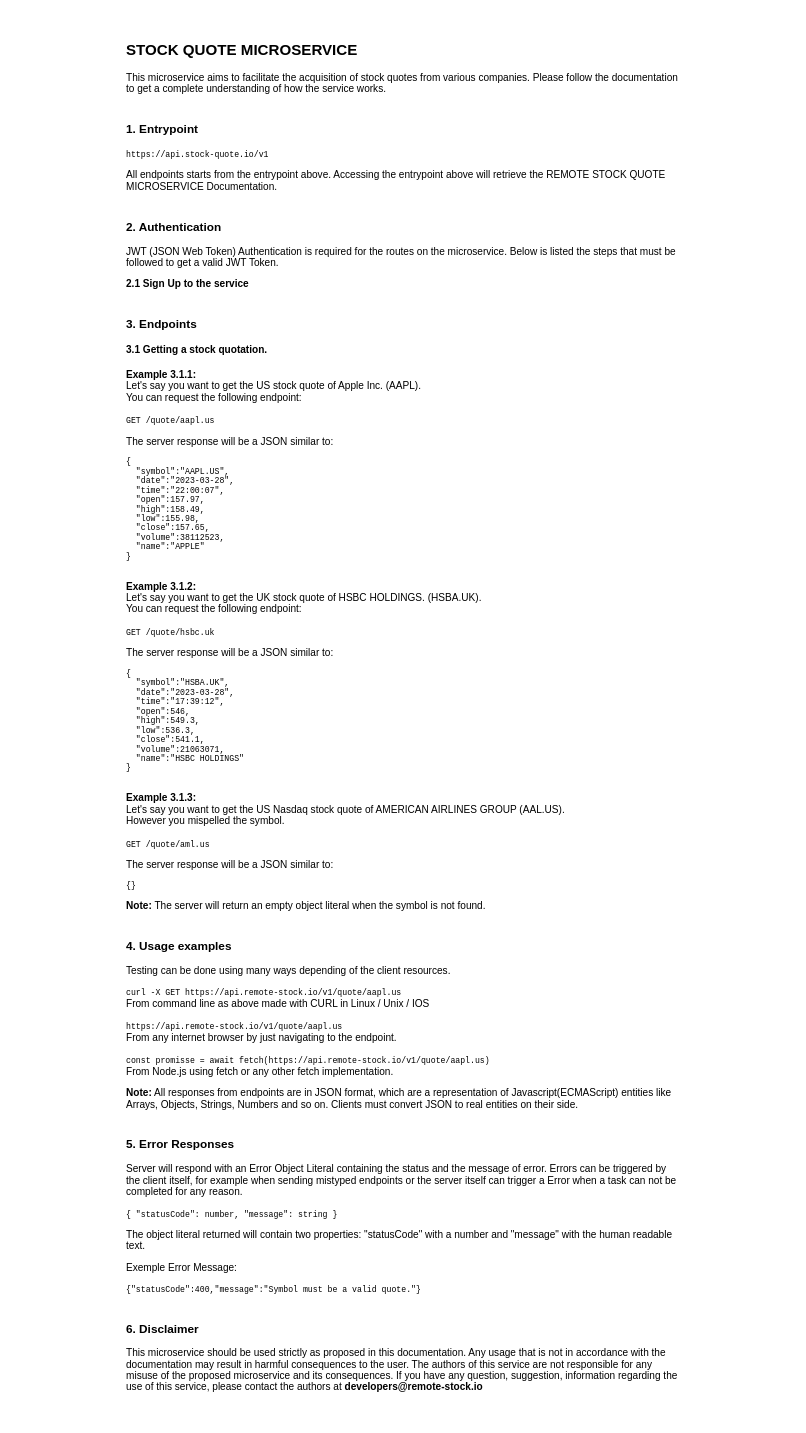
Repository: miguelamello/nest-js
Page: stock-service/documentation.html
The author's editor kept a copy of each file at every save. The page is drawn from the files as they stood at one save, then again after a run of saves.
The browser window is 1280 px wide. The pictures show the whole page, at 63% of full size.

Above is the page before, as saved 2023-04-01 15:46:29.

After the next 3 saves:
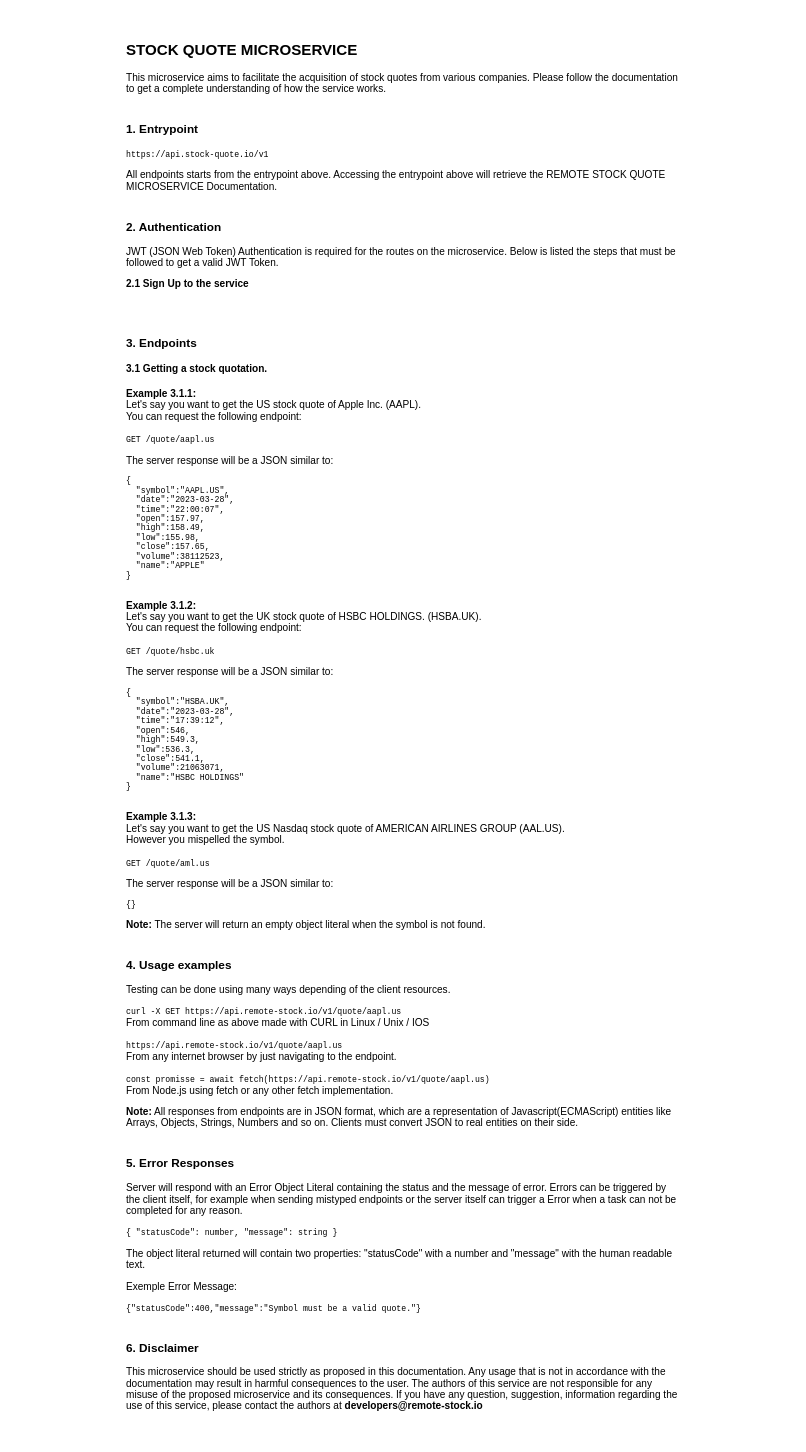
The 3 saves are shown as one change because they came seconds apart.
The last was saved 10 s later.
--- a/stock-service/documentation.html
+++ b/stock-service/documentation.html
@@ -38,7 +38,9 @@
 
   <p>
     <div><b>2.1 Sign Up to the service</b></div>
-    <code></code>
+    <pre>
+
+    </pre>
   </p>
 
   <h3>3. Endpoints</h3>
